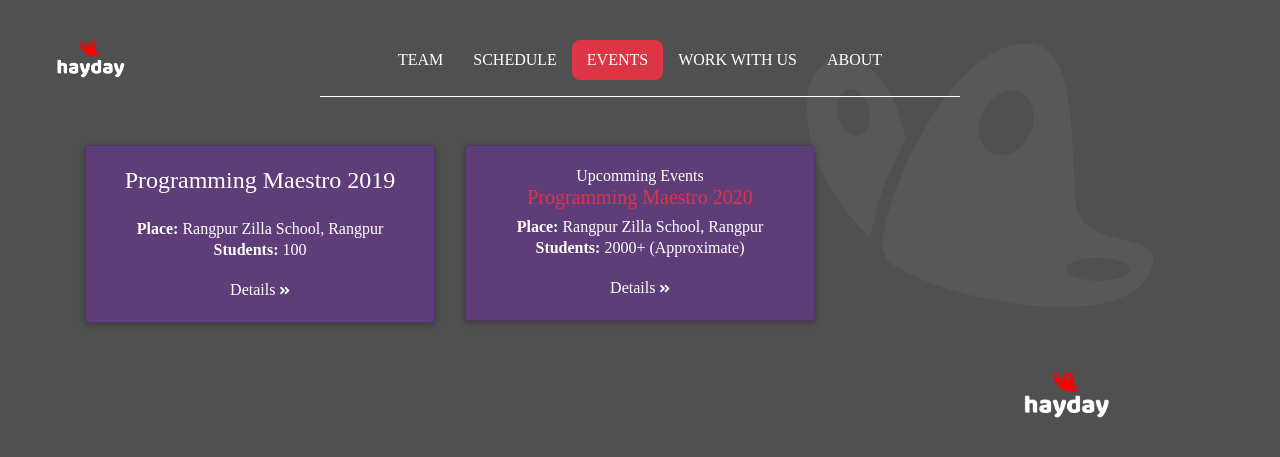
Repository: im1971/company-web
Page: event.html
The author's editor kept a copy of each file at every save. The page is drawn from the files as they stood at one save, then again after the next save.
The browser window is 1280 px wide. The pictures show the whole page.
Some web fonts or font styles are not loaded; a fallback is used.

Above is the page before, as saved 2020-02-08 11:17:45.

### event.html
<!DOCTYPE html>
<html>

<head>
    <meta charset="utf-8">
    <meta name="viewport" content="width=device-width, initial-scale=1">
    <title>hayday</title>
    <link rel="shortcut icon" type="img/x-icon" href="img/fav.png" />
    <link rel="stylesheet" href="css/mdb.min.css">
    <link rel="stylesheet" href="css/bootstrap.min.css">
    <link rel="stylesheet" href="css/fontawesome.min.css">
    <link rel="stylesheet" href="css/all.min.css">
    <link rel="stylesheet" href="css/style.css">
    <!-- fonts -->
    <link href="https://fonts.googleapis.com/css?family=Baloo+Bhai&display=swap" rel="stylesheet">
    <!-- fonts -->

</head>

<body>

    <div class="wrap_hayday">
        <div class="back_img"></div>
        <div class="container-fluid">
            <div class="row justify-content-center pb-5">
                <div class="col-md-12">
                    <nav class="navbar navbar-expand-lg">
                        <button class="navbar-toggler" type="button" data-toggle="collapse" data-target="#navbarSupportedContent" aria-controls="navbarSupportedContent" aria-expanded="false" aria-label="Toggle navigation">
                            <i class="fas fa-bars"></i>
                        </button>

                        <div class="collapse navbar-collapse" id="navbarSupportedContent">

                            <ul class="navbar-nav m-auto text-uppercase">
                                <a class="nav-icon" href="index.html">
                                    <img src="img/logo.png" alt="Home">
                                </a>
                                <li class="nav-item">
                                    <a class="nav-link" href="team.html">Team</a>
                                </li>
                                <li class="nav-item">
                                    <a class="nav-link" href="schedule.html">SCHEDULE</a>
                                </li>
                                <li class="nav-item">
                                    <a class="nav-link active" href="event.html">Events</a>
                                </li>
                                <li class="nav-item">
                                    <a class="nav-link" href="workWithUs.html">Work With us</a>
                                </li>
                                <li class="nav-item">
                                    <a class="nav-link" href="about.html">About</a>
                                </li>
                            </ul>
                        </div>
                    </nav>
                </div>
                <div class="col-md-6 border_deco pt-3"></div>
            </div>
            <div class="container">
                <div class="row justify-content-start">
                    <div class="col-md-4">
                        <div class="card wrap_event">
                            <div class="card-body">
                                <h4 class="mb-4">Programming Maestro 2019</h4>
                                <h6 class="mb-0"><b>Place:</b> Rangpur Zilla School, Rangpur</h6>
                                <p><b>Students:</b> 100</p>
                                <a class="text-white" href="2019.html">Details <i class="fas fa-angle-double-right"></i></a>
                                <div class="back_image"></div>
                            </div>
                        </div>
                    </div>
                    <div class="col-md-4">
                        <div class="card wrap_event">
                            <div class="card-body">
                                <h6 class="mb-0">Upcomming Events</h6>
                                <h5 class="mb-2 text-danger">Programming Maestro 2020</h5>
                                <h6 class="mb-0"><b>Place:</b> Rangpur Zilla School, Rangpur </h6>
                                <p><b>Students:</b> 2000+ (Approximate)</p>
                                <a class="text-white" href="schedule.html">Details <i class="fas fa-angle-double-right"></i></a>
                                <div class="back_image"></div>
                            </div>
                        </div>
                    </div>
                </div>
            </div>
            <div class="row justify-content-end my-5">
                <div class="col-md-4">
                    <div class="middle_body">
                        <div class="logo">
                            <img src="img/logo.png" alt="" style="height: 50px">
                        </div>
                        <!-- <p>Read about our Inspiration</p> -->
                    </div>
                </div>
            </div>
        </div>
    </div>
    </div>



    <!-- <script src="https://code.jquery.com/jquery-3.4.1.slim.min.js" integrity="sha384-J6qa4849blE2+poT4WnyKhv5vZF5SrPo0iEjwBvKU7imGFAV0wwj1yYfoRSJoZ+n" crossorigin="anonymous"></script>
    <script src="https://cdn.jsdelivr.net/npm/popper.js@1.16.0/dist/umd/popper.min.js" integrity="sha384-Q6E9RHvbIyZFJoft+2mJbHaEWldlvI9IOYy5n3zV9zzTtmI3UksdQRVvoxMfooAo" crossorigin="anonymous"></script>
    <script src="https://stackpath.bootstrapcdn.com/bootstrap/4.4.1/js/bootstrap.min.js" integrity="sha384-wfSDF2E50Y2D1uUdj0O3uMBJnjuUD4Ih7YwaYd1iqfktj0Uod8GCExl3Og8ifwB6" crossorigin="anonymous"></script> -->

    <script type="text/javascript" src="js/jquery.min.js"></script>
    <!-- Bootstrap tooltips -->
    <script type="text/javascript" src="js/popper.min.js"></script>
    <!-- Bootstrap core JavaScript -->
    <script type="text/javascript" src="js/bootstrap.min.js"></script>
    <!-- MDB core JavaScript -->
    <script type="text/javascript" src="js/mdb.min.js"></script>


</body>

</html>

### css/style.css
body {
    padding: 0;
    margin: 0;
    /* background: #5407A1; */
    background: #505050;
    color: #fff !important;
    font-family: 'Baloo Bhai', cursive;
    position: relative;
}


/* global */

html {
    overflow: scroll;
    overflow-x: hidden;
}

::-webkit-scrollbar {
    width: 0px;
    background: transparent;
}


/* Optional: show position indicator in red */

::-webkit-scrollbar-thumb {
    background: #FF0000;
}

.active {
    background-color: #dc3545;
    border-radius: 8px;
}

.active:hover {
    color: #fff !important;
}


/* global */

.back_img {
    background-image: url(../img/back.png);
    height: 350px;
    width: 600px;
    position: absolute;
    background-position: center center;
    background-size: cover;
    opacity: 5%;
    /* top: 30%; */
    right: 0;
}


/* header */

.wrap_hayday .nav-link::after {
    content: '';
    position: absolute;
    width: 100%;
    height: 1px;
    bottom: 0;
    left: 0;
    background-color: #E2061B;
    transform: scaleX(0);
    /* transform-origin: bottom right; */
    transition: transform 0.3s;
}

.wrap_hayday .nav-link:hover::after {
    /* transform-origin: bottom left; */
    transform: scaleX(1);
}

.wrap_hayday .navbar {
    box-shadow: none;
}

.wrap_hayday .navbar .collapse {
    position: relative;
}

.wrap_hayday .navbar .nav-icon {
    position: absolute;
    left: 0;
    top: 0;
    padding: 0;
}

.wrap_hayday .navbar .nav-icon img {
    height: 40px;
}

.wrap_hayday .container-fluid {
    min-height: 100vh;
}

.wrap_hayday nav .nav-link {
    padding-right: 15px !important;
    padding-left: 15px !important;
    color: #fff;
    font-family: 'Baloo Bhai', cursive;
}

.wrap_hayday .border_deco {
    border-bottom: .25px solid #fff;
}

.wrap_hayday nav .nav-link:hover {
    color: #FF0000;
    transition-duration: 0.5s;
}

.wrap_hayday .navbar {
    padding: 40px;
    padding-bottom: 0;
}


/* header */


/* middle body */

.wrap_hayday .middle_body_height {
    height: 50vh;
}

.wrap_hayday .middle_body {
    text-align: center;
}

.wrap_hayday .middle_body p {
    font-size: 22px;
}

.wrap_hayday .middle_body .logo img {
    height: 200px;
}

.wrap_hayday .others_page_middle {
    text-align: center;
    position: absolute;
    right: 30px;
    bottom: 0;
}

.wrap_hayday .others_page_middle img {
    height: 70px;
}


/* middle body */


/* footer-body */

.myprogress {
    min-width: 100%;
    margin: 0px auto;
    text-align: center;
}

.myprogress .circle {
    display: inline-block;
    background: #fff;
    width: 50px;
    height: 50px;
    border-radius: 80px;
    border: 1px solid #d5d5da;
    cursor: pointer;
}

.myprogress .circle:hover {
    background: #FF0000;
    color: #5407A1;
    transition-duration: 0.5s;
}

.myprogress .bar {
    position: relative;
    width: 100px;
    padding-right: 15px;
    font-family: none;
}

.myprogress .circle .label {
    display: inline-block;
    width: 40px;
    height: 40px;
    line-height: 30px;
    border-radius: 40px;
    font-size: 24px;
}

.myprogress .circle .title {
    color: #5407A1;
    font-size: 24px;
    line-height: 50px;
    cursor: pointer;
}

.myprogress .circle .title:hover {
    color: #fff;
}

.myprogress i {
    font-size: 11px;
}

.abc {
    animation: pulse 1s infinite;
    color: #FF0000;
}

.pulse {
    -webkit-animation-duration: 3s;
    -webkit-animation-delay: 2s;
    -webkit-animation-iteration-count: 5;
}

@-webkit-keyframes scroll {
    0% {
        -webkit-transform: translateX(0);
        transform: translateX(0);
    }
    100% {
        -webkit-transform: translateX(calc(-250px * 7));
        transform: translateX(calc(-250px * 7));
    }
}

@keyframes scroll {
    0% {
        -webkit-transform: translateX(0);
        transform: translateX(0);
    }
    100% {
        -webkit-transform: translateX(calc(-250px * 7));
        transform: translateX(calc(-250px * 7));
    }
}

.slider {
    /* background: white; */
    /* box-shadow: 0 10px 20px -5px rgba(0, 0, 0, 0.125); */
    /* height: 100px; */
    margin: auto;
    overflow: hidden;
    position: relative;
    width: 960px;
}

.slider::before,
.slider::after {
    /* background: -webkit-gradient(linear, left top, right top, from(white), to(rgba(255, 255, 255, 0))); */
    /* background: linear-gradient(to right, white 0%, rgba(255, 255, 255, 0) 100%); */
    content: "";
    height: 100px;
    position: absolute;
    width: 200px;
    z-index: 2;
}

.slider::after {
    right: 0;
    top: 0;
    -webkit-transform: rotateZ(180deg);
    transform: rotateZ(180deg);
}

.slider::before {
    left: 0;
    top: 0;
}

.slider .slide-track {
    -webkit-animation: scroll 40s linear infinite;
    animation: scroll 40s linear infinite;
    display: -webkit-box;
    display: flex;
    width: calc(250px * 14);
}

.slider .slide {
    /* height: 100px; */
    /* width: 200px; */
    padding-right: 40px;
}

.sponsor_slider {
    position: absolute;
    bottom: 20px;
}


/* footer-body */


/* about hayday */

.accordion .card-header {
    padding: 0;
    /* background: #5407A1; */
    background: #757575;
    margin-bottom: 0;
    cursor: pointer;
}

.accordion .card-header .btn-link {
    color: #fff;
    padding: 0;
}

.accordion .card {
    border: none;
    border-radius: 0;
}

.accordion i {
    position: absolute;
    right: 10px;
    top: 5px;
}

.accordion p {
    color: #000;
    font-family: serif;
    font-size: 15px;
}

.accordion h4 {
    color: #000;
    font-family: serif;
    font-weight: 700 !important;
    font-size: 22px;
}


/* about hayday */


/* work with us */

.outreach table.table th,
table.table td {
    padding: 3px 20px;
    color: #fff;
    border: none;
    font-family: auto;
}


/* work with us */


/* team */

.team .grid {
    padding-left: 0;
    padding-right: 0;
}

.team .team_image {
    background-image: url(../img/team/team-back.jpg);
    height: 600px;
    background-position: center center;
    background-size: cover;
}

.team .custom_hr {
    border-top: 3px solid #fff !important;
    width: 10% !important;
}

.team img {
    border-radius: 50%;
    margin: auto;
    border: 3px solid #dcdcdc;
}

.team .team_managemt img {
    height: 300px;
    width: 300px;
}

.team .team_volounteer img {
    height: 200px;
    width: 200px;
}

.team .wrap_team {
    display: flex;
    flex-direction: column;
    font-family: auto;
}


/* team */

.sponsor_footer p {
    font-family: auto;
    font-size: 14px;
}

.sponsor_footer p b {
    color: #FF0000;
}


/* events */

.event_wrap .title {
    font-family: auto;
}

.event_wrap .subtitle {
    font-family: auto;
}

.wrap_event {
    color: #fff;
    text-align: center;
    position: relative;
    font-family: auto;
    background: #9100ff3b;
}

.wrap_event .fas {
    font-size: 12px;
}

.slider_wrap .d-block {
    background-image: url(../img/team/team-back.jpg);
    height: 320px;
    background-position: center center;
    background-size: cover;
}

.slider_wrap .carousel-indicators {
    margin: 0;
    bottom: -15%;
}

.carousel .carousel-control-prev-icon {
    background-image: url("data:[embedded picture, 189 characters]")
}

.carousel .carousel-control-next-icon {
    background-image: url("data:[embedded picture, 190 characters]")
}

.carousel-control-next {
    right: -100px;
}

.carousel-control-prev {
    left: -100px;
}


/* calender */


/*
*
* ==========================================
* CUSTOM UTIL CLASSES
* ==========================================
*
*/

.clearfix::after,
.calendar ol::after {
    content: ".";
    display: block;
    height: 0;
    clear: both;
    visibility: hidden;
}


/* ================
Calendar Styling */

.calendar {
    border-radius: 10px;
    font-family: auto;
}

.calendar .target_date {
    height: 30px;
    width: 30px;
    position: absolute;
    border-radius: 50%;
    left: -6px;
    top: 1px;
    background: #fff;
    opacity: 0.3;
}

.month {
    font-size: 2rem;
}

.calendar ol li {
    float: left;
    width: 14.28571%;
}

.calendar .day-names {
    border-bottom: 1px solid #eee;
}

.calendar .day-names li {
    text-transform: uppercase;
    margin-bottom: 0.5rem;
}

.calendar .days li {
    border-bottom: 1px solid #eee;
    /* min-height: 8rem; */
}

.calendar .days li .date {
    margin: 0.25rem 0;
}

.calendar .days li .event {
    font-size: 0.75rem;
    padding: 0.4rem;
    color: white;
    white-space: nowrap;
    overflow: hidden;
    text-overflow: ellipsis;
    border-radius: 4rem;
    margin-bottom: 1px;
}

.calendar .days li .event.span-2 {
    width: 200%;
}

.calendar .days li .event.begin {
    border-radius: 1rem 0 0 1rem;
}

.calendar .days li .event.end {
    border-radius: 0 1rem 1rem 0;
}

.calendar .days li .event.clear {
    background: none;
}

.calendar .days li:nth-child(n+29) {
    border-bottom: none;
}

.calendar .days li.outside .date {
    color: #ddd;
}


/* calender */


/* timer */

#timer div {
    display: inline-block;
    line-height: 1;
    padding: 20px 40px 0 0;
    padding-bottom: 0;
    font-family: auto;
}

#timer span {
    display: block;
    font-size: 20px;
    color: white;
}

#timer #days,
#timer #hours,
#timer #minutes,
#timer #seconds {
    font-size: 50px;
}

#timer #seconds {
    font-size: 30px;
}


/* timer */


/* events */


/* media query */

@media (min-width: 1367px) {
    .sponsor_footer p {
        font-size: 18px;
        margin-top: 40px;
    }
    .outreach table.table th,
    table.table td,
    .accordion p,
    .myprogress .bar {
        font-size: 18px;
    }
    .outreach h4 {
        margin-top: 30px;
        margin-bottom: 20px;
    }
    .accordion .card-header .btn-link {
        font-size: 22px;
    }
    .accordion {
        margin-top: 30px;
    }
    .wrap_hayday .middle_body .logo img {
        height: 145px;
    }
    .wrap_hayday .middle_body p {
        font-size: 22px;
    }
    .wrap_hayday .step_command {
        font-family: auto;
        font-size: 22px;
    }
}

@media (max-width: 567px) {
    .wrap_hayday .navbar {
        padding: 20px 0 0;
    }
    .fa-bars {
        color: #fff !important;
    }
    .wrap_hayday .middle_body .logo img {
        height: 140px;
        margin-bottom: 28px;
    }
    .back_img {
        height: 150px;
        width: 200px;
    }
    .wrap_hayday .middle_body_height {
        height: 35vh;
    }
    .myprogress .circle {
        display: block;
        margin: auto;
        margin-top: 20px;
    }
    .myprogress .bar {
        padding-right: 0;
        font-family: none;
        font-size: 18px;
    }
    .team .team_image {
        height: 200px;
    }
    .team .custom_hr {
        width: 50% !important;
    }
    .team .team_managemt img {
        height: 150px;
        width: 150px;
    }
    .team .team_volounteer img {
        height: 120px;
        width: 120px;
    }
    .team .card-title {
        font-size: 26px;
    }
    .team .wrap_team {
        margin-bottom: 30px;
    }
    .sponsor_footer p {
        margin-bottom: 20px !important;
    }
    .calendar {
        padding-left: 0 !important;
        margin-top: 30px;
    }
    .event_wrap .title {
        font-size: 22px;
    }
    .event_wrap button {
        margin-bottom: 40px !important;
    }
    #timer #days,
    #timer #hours,
    #timer #minutes,
    #timer #seconds {
        font-size: 35px;
        margin: auto;
    }
    #timer span {
        font-size: 14px;
    }
    #timer div {
        padding: 0px 26px 0 0;
    }
    #timer {
        background: #8500ff82;
        display: flex;
        padding: 20px;
    }
    .classroom img {
        width: 150px;
    }
    .slider {
        width: 200px;
        padding-bottom: 20px;
    }
    .sponsor_slider {
        margin-top: 50px;
    }
}

Loaded but not shown: css/mdb.min.css (library); css/bootstrap.min.css (library); css/fontawesome.min.css (library); css/all.min.css (library); js/jquery.min.js (library); js/popper.min.js (library); js/bootstrap.min.js (library); js/mdb.min.js (library)

After the next save:
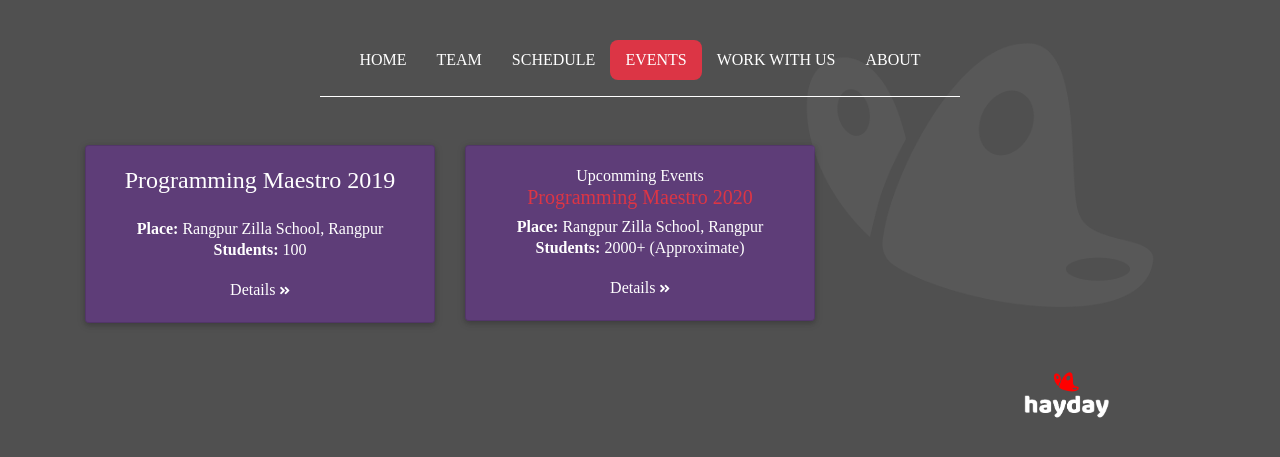
Saved 9 s later.
--- a/event.html
+++ b/event.html
@@ -32,9 +32,9 @@
                         <div class="collapse navbar-collapse" id="navbarSupportedContent">
 
                             <ul class="navbar-nav m-auto text-uppercase">
-                                <a class="nav-icon" href="index.html">
-                                    <img src="img/logo.png" alt="Home">
-                                </a>
+                                <li class="nav-item">
+                                    <a class="nav-link" href="index.html">Home</a>
+                                </li>
                                 <li class="nav-item">
                                     <a class="nav-link" href="team.html">Team</a>
                                 </li>
